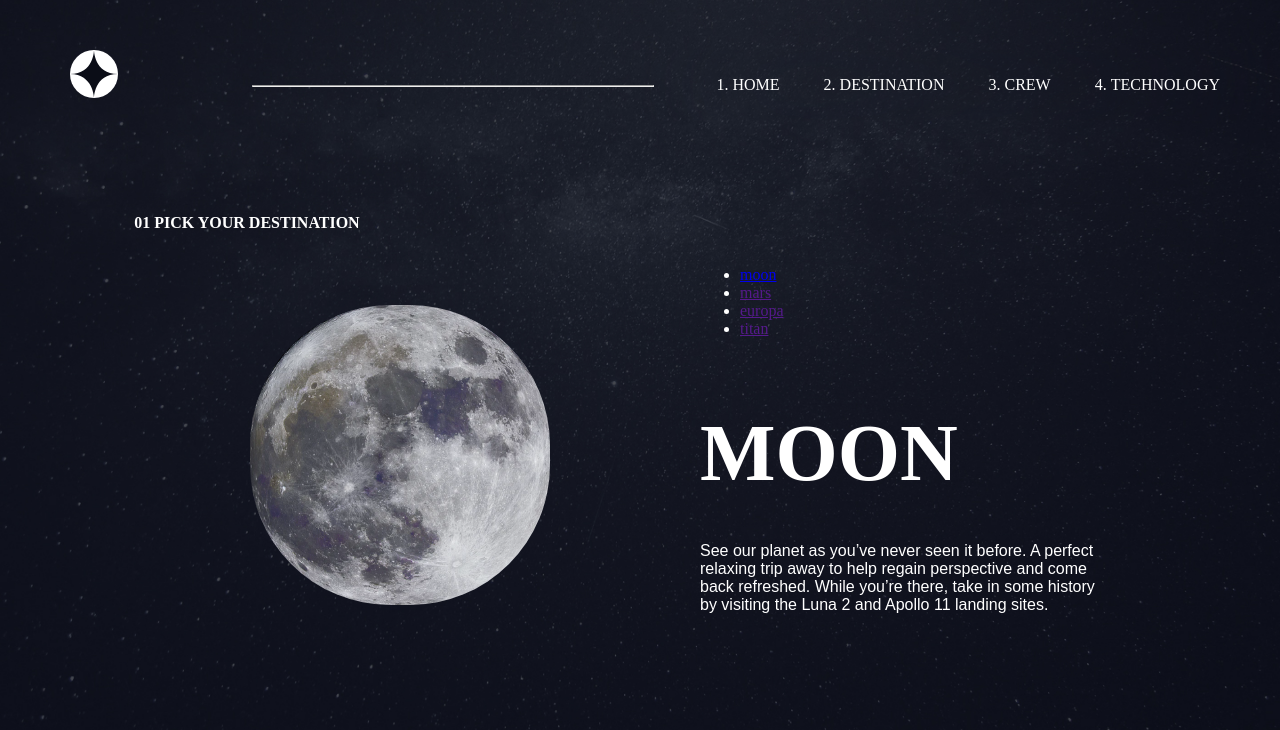
Repository: batonAnton/space_tourism
Page: destination.html
An editor plug-in stored every save of this project. The page is shown before and after the next save, followed by the edit.
The browser window is 1280 px wide. The pictures show the whole page.
Some web fonts or font styles are not loaded; a fallback is used.

Above is the page before, as saved 2022-05-20 10:52:10.

### destination.html
<!DOCTYPE html>
<html lang="en">
<head>
    <meta charset="UTF-8">
    <meta http-equiv="X-UA-Compatible" content="IE=edge">
    <meta name="viewport" content="width=device-width, initial-scale=1.0">
    <title>Space Tourism</title>
    <link rel="stylesheet" href="css/style2 .css">
    <link rel="preconnect" href="https://fonts.googleapis.com">
    <link rel="preconnect" href="https://fonts.gstatic.com" crossorigin>
    <link href="https://fonts.googleapis.com/css2?family=Bellefair&family=Merriweather&display=swap" rel="stylesheet">

    <link rel="preconnect" href="https://fonts.gstatic.com" crossorigin>
    <link href="https://fonts.googleapis.com/css2?family=Bellefair&family=Merriweather&display=swap" rel="stylesheet">
    <link rel="preconnect" href="https://fonts.googleapis.com">
    <link rel="preconnect" href="https://fonts.gstatic.com" crossorigin>
    <link href="https://fonts.googleapis.com/css2?family=Barlow+Condensed:wght@300&family=Bellefair&family=Merriweather&display=swap" rel="stylesheet">
</head>
<body>

    <div id="destination" class="bg">
        <div class="top-container">
            <div class="logo_img">
                <img src="/images/Icon.svg" alt="logo">

            </div>

                                             <!--navbar code -->
            <div class="nav">

                <hr>
                    <ol>

                        <li><a href="#home">home</a></li>
                        <li><a href="">destination</a></li>
                        <li><a href="">crew</a></li>
                        <li><a href="">technology</a></li>

                    </ol>

            </div>
        </div>

        <div class="middle_container">


            <div class="planet_img">
                <h2 class="h2_planet"> <span>01</span> pick your destination</h2>

                <div class="planet_bg">
                    <img src="/images/destination_img/moon.png"  alt="">
                </div>
            </div>



                <div class="get-info_planet">

                    <div class="nav_planet">
                            <ul>

                                <li><a href="#home">moon</a></li>
                                <li><a href="">mars</a></li>
                                <li><a href="">europa</a></li>
                                <li><a href="">titan</a></li>

                            </ul>
                    <h1>moon</h1>
                    <p>See our planet as you’ve never seen it before. A perfect <br> relaxing trip away to help regain perspective and come <br> back refreshed. While you’re there, take in some history <br> by visiting the Luna 2 and Apollo 11 landing sites.</p>
                </div>


        </div>

    </div>
</body>
</html>

### css/style2 .css
body {
  /* height: 900px; */
  margin: 0;
}

.bg {
  background-image: url(/images/destination_img/bg.jpg);
  height: 100%;
  background-position: center;
  background-repeat: no-repeat;
  background-size: cover;
}

.top-container {
  /* display: inline-block; */
  padding: 50px 0px 50px 70px;
  /* width: 100%; */
}

.logo_img {
  /* width: 555px; */
  float: left;
}

hr {
  width: 400px;
  position: absolute;
  margin: 25px 0px 100px -390px;
}

.nav {
  /* width: 60%; */
  /* margin-left: 408px; */
  position: relative;
  float: right;
  clear: none;
  /* border: 1px solid #979797; */
  padding: 10px 0px 10px 0px;
  backdrop-filter: blur(85px);
  text-transform: uppercase;
}
.nav a {
  text-decoration: none;
}

.nav a:after {
  background: none repeat scroll 0 0 transparent;
  bottom: 0;
  content: "";
  display: block;
  height: 2px;
  left: 50%;
  position: absolute;
  background: #fff;
  transition: width 0.3s ease 0s, left 0.3s ease 0s;
  width: 0;
}
a:hover:after {
  width: 10%;
  left: 0;
}

ol {
  display: inline-flex;
  /* width: 200px; */
  margin-left: 50px;
}

li {
  padding: 0px 60px 0px 0px;
  color: #ffffff;
}

.nav a {
  color: #ffffff;
  font-family: "Bellefair", serif;
  /* font-family: "Merriweather", serif; */
}

/* middle-container property */
.middle_container {
  display: inline-flex;
}

.get-info_planet {
  margin: 130px 100px 100px 150px;
}

.h2_planet {
  height: 1px;
  display: block;
  margin: -176px 0px 90px -193px;
  font-size: 16px;
}

.planet_bg img {
  height: 300px;
  border-radius: 140px 140px 140px 140px;
}

h1,
h2,
p {
  color: #ffffff;
}

h1,
h2 {
  text-align: center;
  width: 380px;
  text-transform: uppercase;
  font-family: "Bellefair", serif;
}

h1 {
  font-size: 5rem;
  height: 80px;
  text-align: left;
  margin-top: 70px;
}

p {
  width: 444px;
  text-align: left;
  font-family: "Barlow Condensed", sans-serif;
}

.planet_img {
  margin: 270px 0px 0px 250px;
}

After the next save:
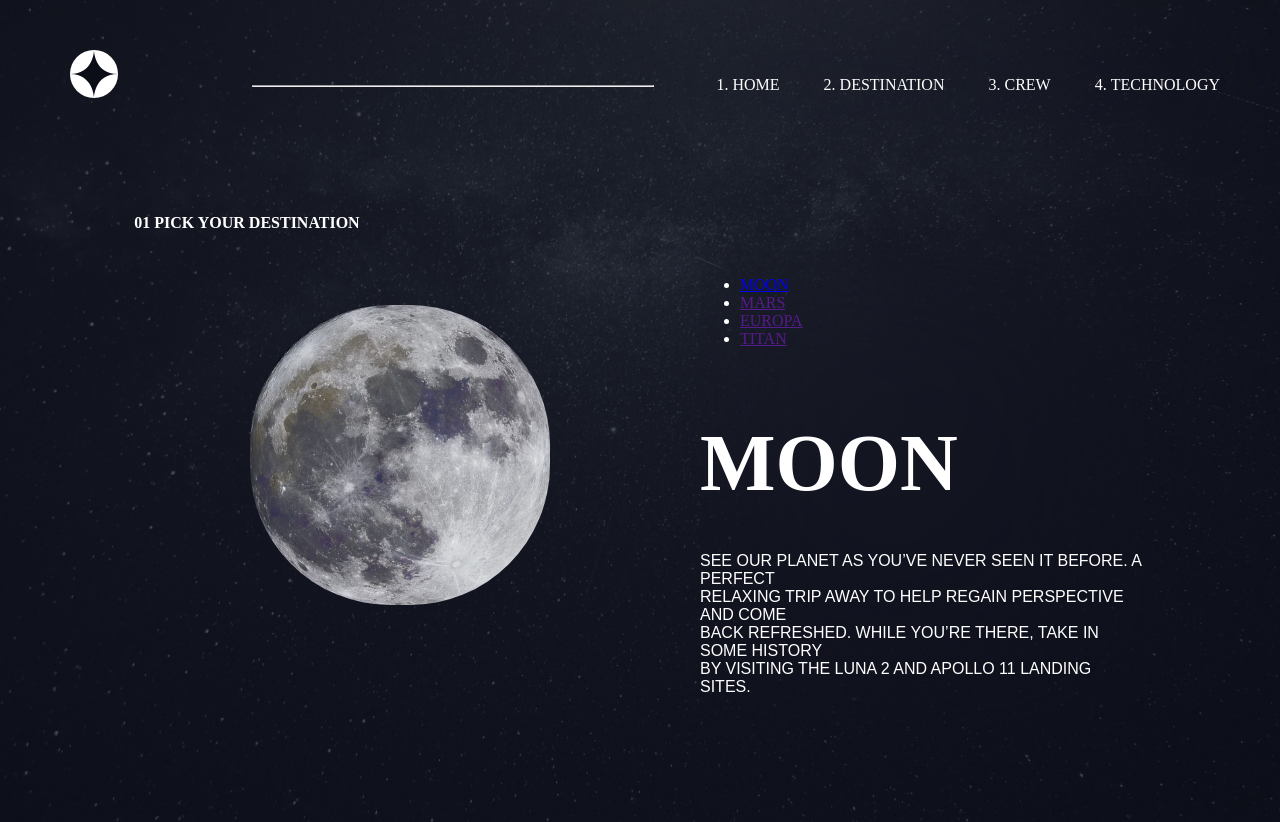
Saved 76 s later.
--- a/css/style2 .css
+++ b/css/style2 .css
@@ -86,6 +86,19 @@ li {
   margin: 130px 100px 100px 150px;
 }
 
+ /* navbar planet */
+.nav_planet {
+  position: relative;
+  float: right;
+  clear: none;
+  /* border: 1px solid #979797; */
+  padding: 10px 0px 10px 0px;
+  backdrop-filter: blur(85px);
+  text-transform: uppercase;
+}
+.nav a {
+  text-decoration: none;
+}
 .h2_planet {
   height: 1px;
   display: block;
@@ -117,6 +130,7 @@ h1 {
   height: 80px;
   text-align: left;
   margin-top: 70px;
+  width: 333px;
 }
 
 p {
